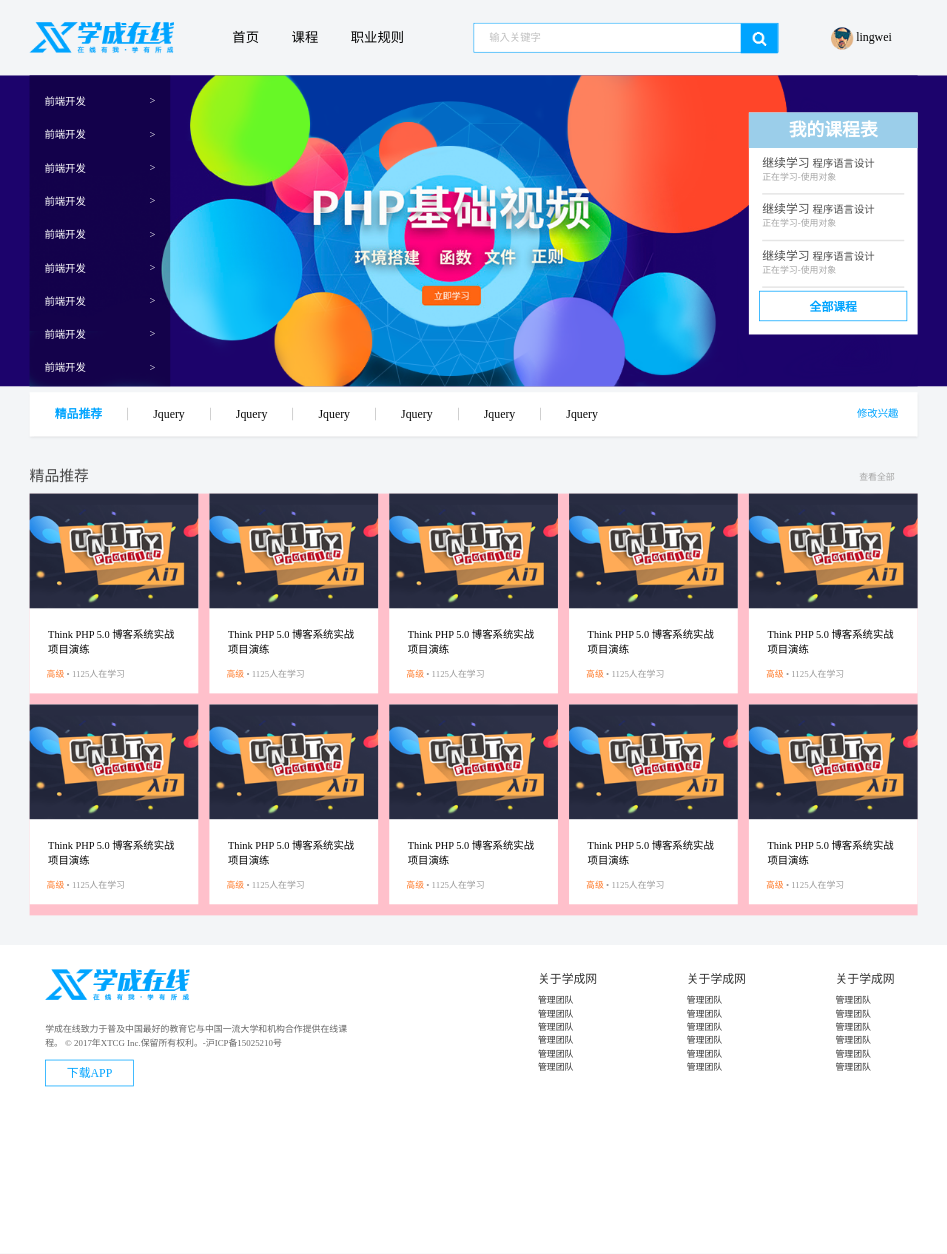
Repository: DengBiHua/xcdx
Page: index.html
An editor plug-in stored every save of this project. The page is shown before and after the next save, followed by the edit.
The browser window is 1280 px wide. The pictures show the whole page, at 74% of full size.

Above is the page before, as saved 2022-04-15 11:12:02.

After the next save:
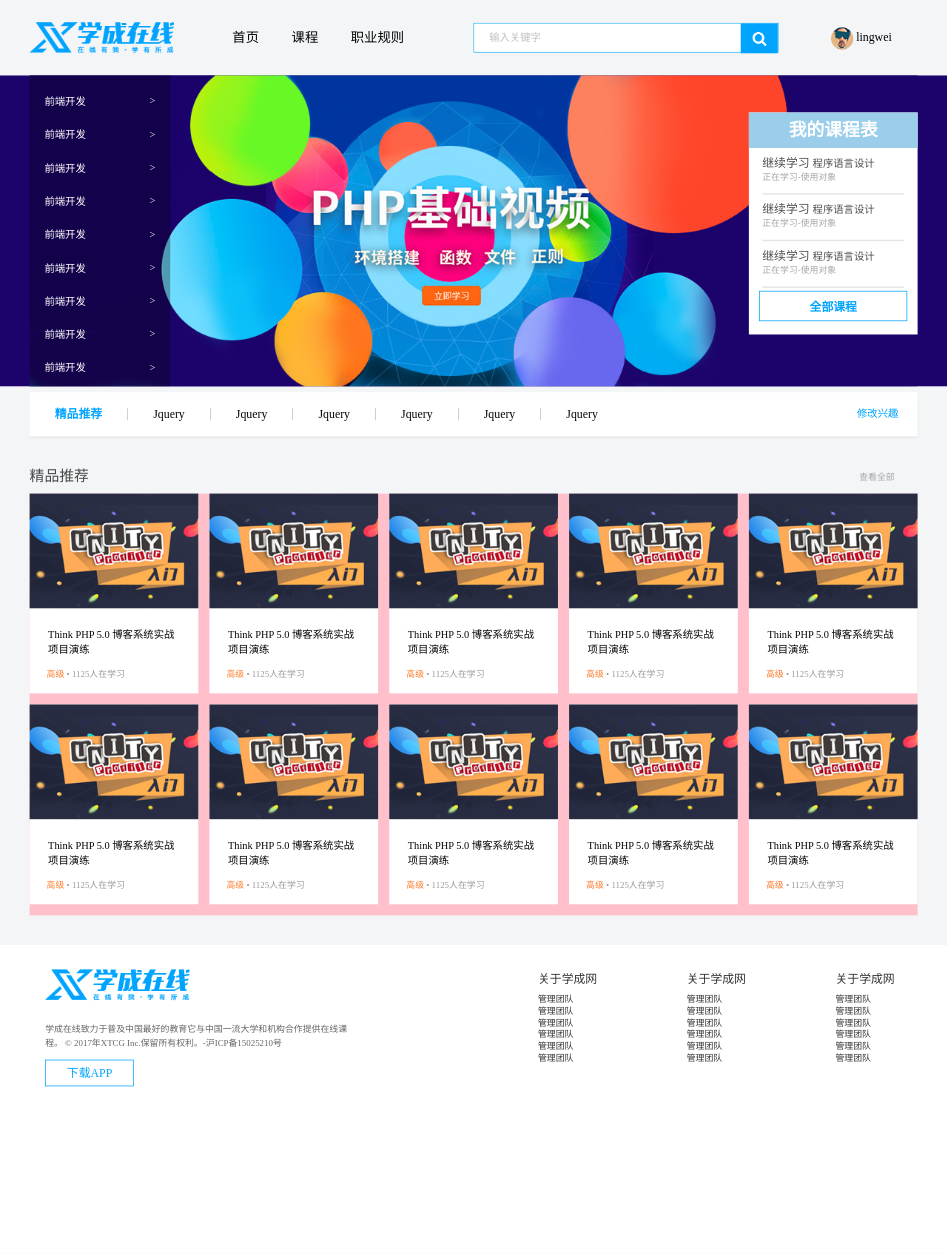
Saved 27 s later.
--- a/css/index.css
+++ b/css/index.css
@@ -360,6 +360,8 @@
 }
 
 .footer .right dd {
+    height: 16px;
+    line-height: 16px;
     font-size: 12px;
     color: #333333;
 }
